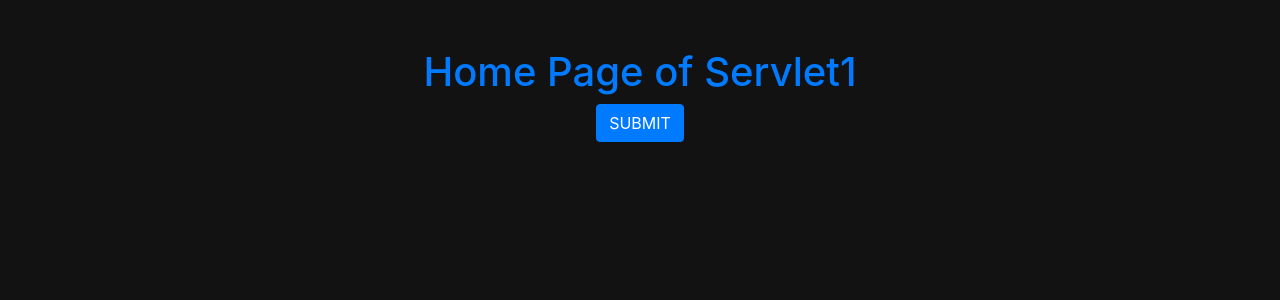
Repository: Gouravgilhare/Servlet
Page: http://localhost/SERVLET1/
An editor plug-in stored every save of this project. The page is shown before and after the next save, followed by the edit.
The browser window is 1280 px wide. The pictures show the whole page.
The page is served by Tomcat 10.

Above is the page before, as saved 2025-07-16 11:45:54.

After the next save:
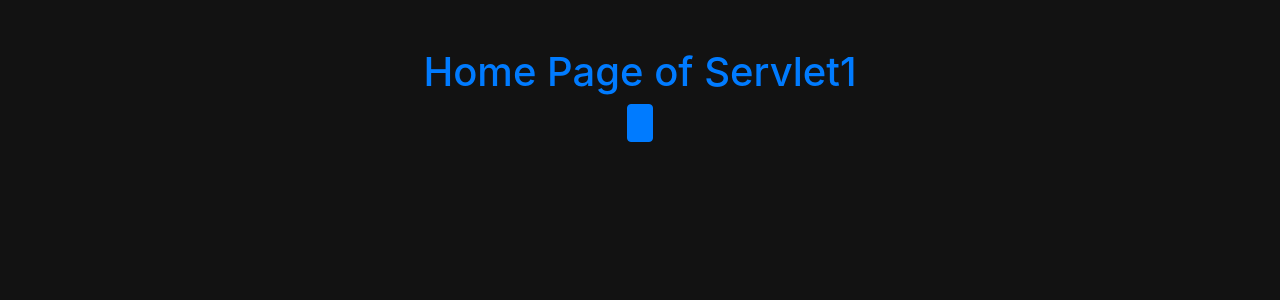
Saved 10 s later.
--- a/SERVLET1/src/main/webapp/index.jsp
+++ b/SERVLET1/src/main/webapp/index.jsp
@@ -16,7 +16,7 @@
             <h1 class="text-primary">Home Page of Servlet1</h1>
 
             <form action="<%= application.getContextPath() %>/third" method="POST">
-            	<input type="submit" class = "btn  btn-primary" value="SUBMIT" placeholder ="SUBMIT">
+            	<input type="submit" class = "btn  btn-primary" value="" placeholder ="SUBMIT">
             </form>
         </div>
     </div>

After the save that followed:
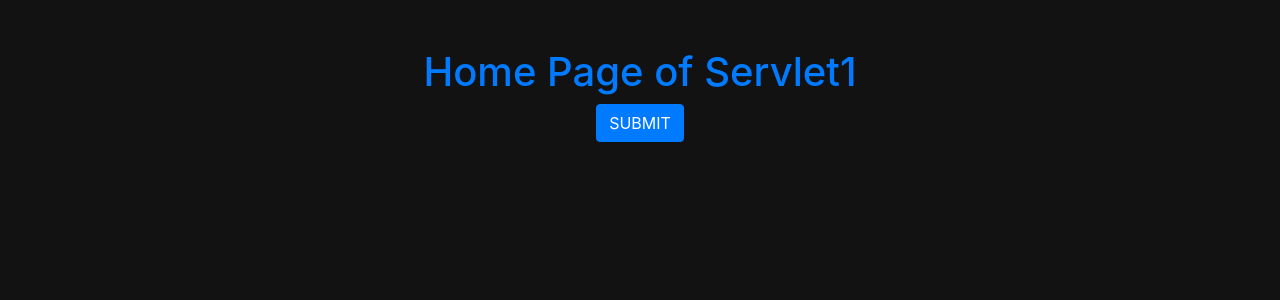
Saved 7 s later.
--- a/SERVLET1/src/main/webapp/index.jsp
+++ b/SERVLET1/src/main/webapp/index.jsp
@@ -16,7 +16,7 @@
             <h1 class="text-primary">Home Page of Servlet1</h1>
 
             <form action="<%= application.getContextPath() %>/third" method="POST">
-            	<input type="submit" class = "btn  btn-primary" value="" placeholder ="SUBMIT">
+            	<input type="submit" class = "btn  btn-primary" value="SUBMIT" placeholder ="SUBMIT">
             </form>
         </div>
     </div>
